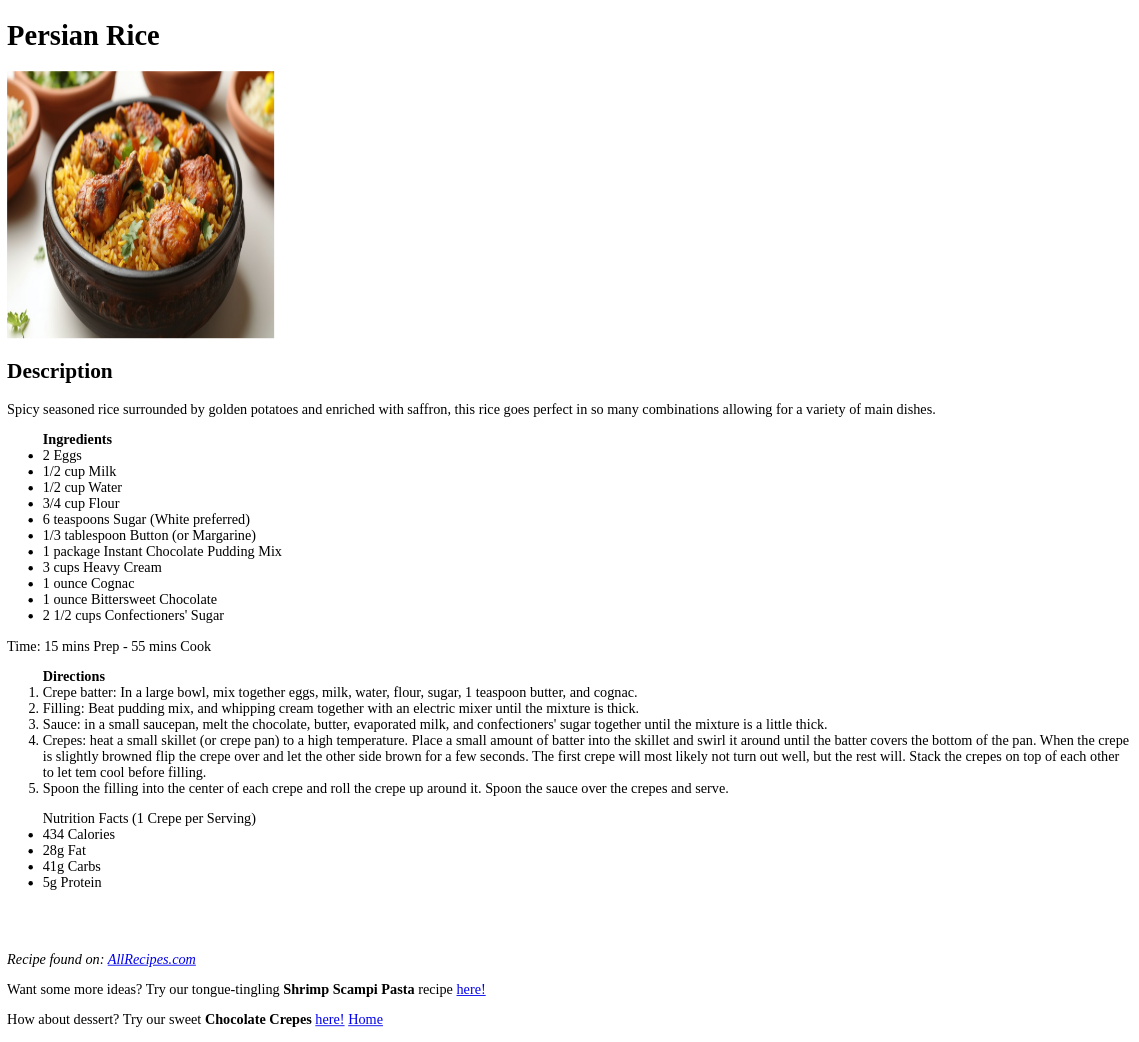
Repository: Mervens/odin-recipes
Page: recipes/persian-rice.html
The author's editor kept a copy of each file at every save. The page is drawn from the files as they stood at one save, then again after the next save.
The browser window is 1280 px wide. The pictures show the whole page, at 89% of full size.

Above is the page before, as saved 2025-06-18 12:52:58.

After the next save:
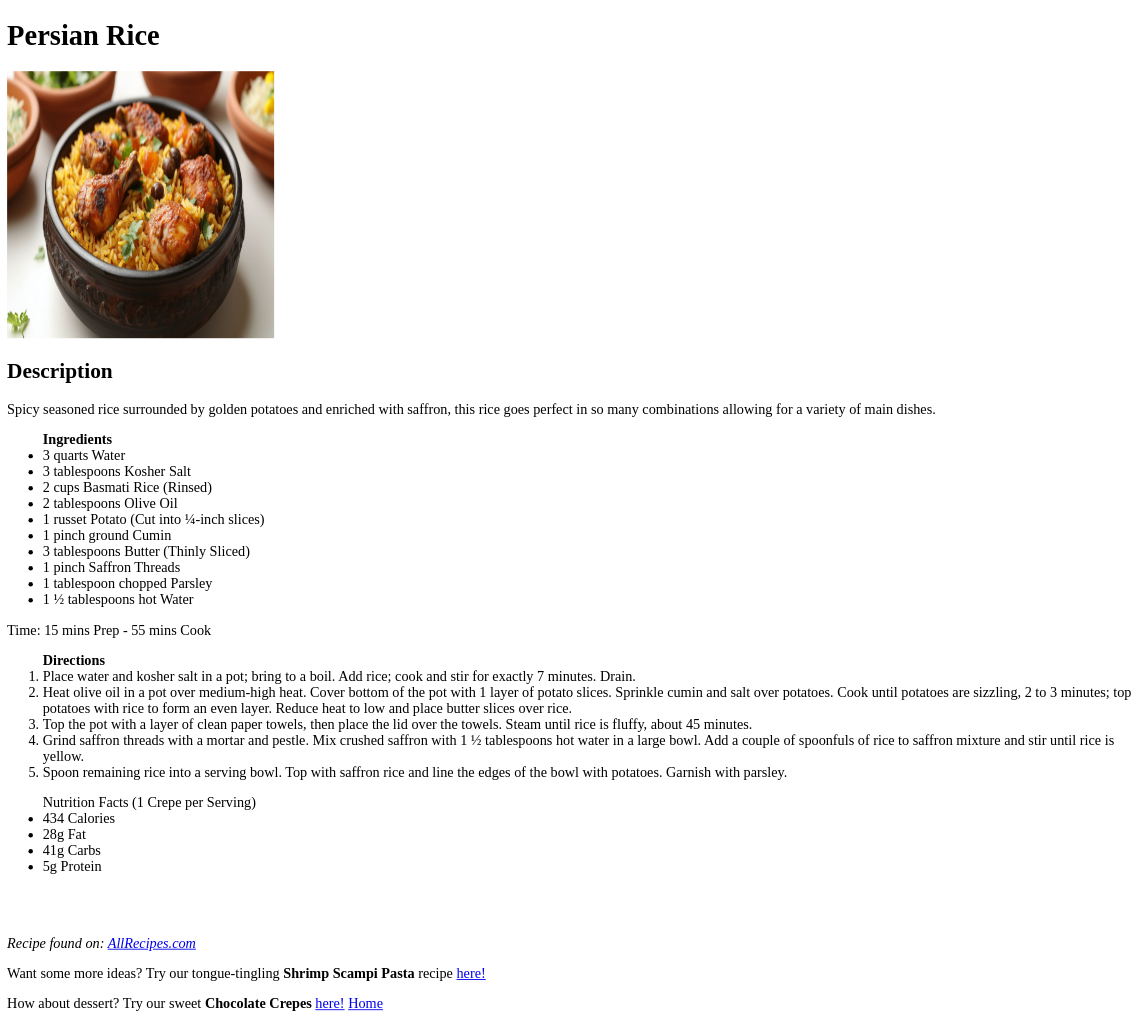
Saved 3 min 27 s later.
--- a/recipes/persian-rice.html
+++ b/recipes/persian-rice.html
@@ -16,40 +16,32 @@
     <p>Spicy seasoned rice surrounded by golden potatoes and enriched with saffron, this rice goes perfect in so many
         combinations allowing for a variety of main dishes.</p>
     <ul><strong>Ingredients</strong>
-        <li>2 Eggs</li>
-        <li>1/2 cup Milk</li>
-        <li>1/2 cup Water</li>
-        <li>3/4 cup Flour</li>
-        <li>6 teaspoons Sugar (White preferred)</li>
-        <li>1/3 tablespoon Button (or Margarine)</li>
-        <li>1 package Instant Chocolate Pudding Mix</li>
-        <li>3 cups Heavy Cream</li>
-        <li>1 ounce Cognac</li>
-        <li>1 ounce Bittersweet Chocolate</li>
-        <li>2 1/2 cups Confectioners' Sugar</li>
+        <li>3 quarts Water</li>
+        <li>3 tablespoons Kosher Salt</li>
+        <li>2 cups Basmati Rice (Rinsed)</li>
+        <li>2 tablespoons Olive Oil</li>
+        <li>1 russet Potato (Cut into ¼-inch slices)</li>
+        <li>1 pinch ground Cumin</li>
+        <li>3 tablespoons Butter (Thinly Sliced)</li>
+        <li>1 pinch Saffron Threads</li>
+        <li>1 tablespoon chopped Parsley</li>
+        <li>1 ½ tablespoons hot Water</li>
     </ul>
     <p>Time: 15 mins Prep - 55 mins Cook</p>
     <ol><strong>Directions</strong>
-        <li>Crepe batter: In a large bowl, mix together eggs, milk, water, flour, sugar, 1 teaspoon butter, and
-            cognac.
+        <li>Place water and kosher salt in a pot; bring to a boil. Add rice; cook and stir for exactly 7 minutes. Drain.
         </li>
-        <li>Filling: Beat pudding mix, and whipping cream together with an electric mixer until the mixture is
-            thick.
+        <li>Heat olive oil in a pot over medium-high heat. Cover bottom of the pot with 1 layer of potato slices.
+            Sprinkle cumin and salt over potatoes. Cook until potatoes are sizzling, 2 to 3 minutes; top potatoes with
+            rice to form an even layer. Reduce heat to low and place butter slices over rice.
         </li>
-        <li>Sauce: in a small saucepan, melt the chocolate, butter, evaporated milk, and confectioners' sugar
-            together
-            until the mixture is a little thick.</li>
-        <li>Crepes: heat a small skillet (or crepe pan) to a high temperature. Place a small amount of batter into
-            the
-            skillet and swirl it around until the batter covers the bottom of the pan. When the crepe is slightly
-            browned flip the crepe over and let the other side brown for a few seconds. The first crepe will most
-            likely
-            not turn out well, but the rest will. Stack the crepes on top of each other to let tem cool before
-            filling.
+        <li>Top the pot with a layer of clean paper towels, then place the lid over the towels. Steam until rice is
+            fluffy, about 45 minutes.</li>
+        <li>Grind saffron threads with a mortar and pestle. Mix crushed saffron with 1 ½ tablespoons hot water in a
+            large bowl. Add a couple of spoonfuls of rice to saffron mixture and stir until rice is yellow.
         </li>
-        <li>Spoon the filling into the center of each crepe and roll the crepe up around it. Spoon the sauce over
-            the
-            crepes and serve.</li>
+        <li>Spoon remaining rice into a serving bowl. Top with saffron rice and line the edges of the bowl with
+            potatoes. Garnish with parsley.</li>
     </ol>
     <ul>
         Nutrition Facts (1 Crepe per Serving)
